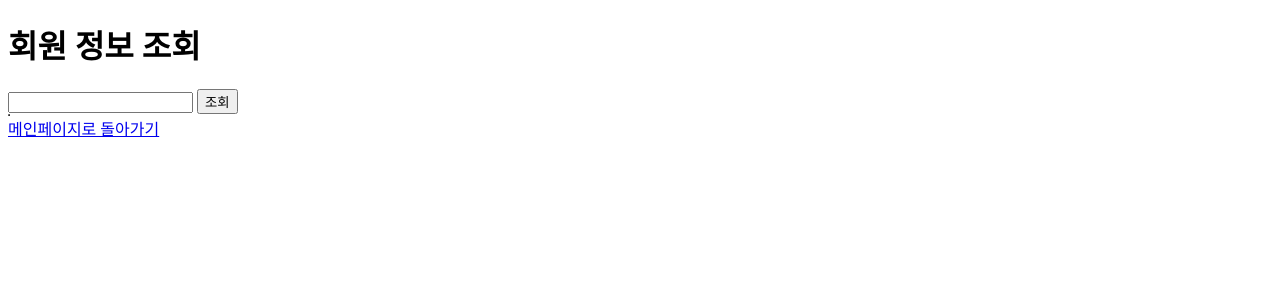
Repository: BeLimeSH/server
Page: http://localhost/Test1/
The author's editor kept a copy of each file at every save. The page is drawn from the files as they stood at one save, then again after the next save.
The browser window is 1280 px wide. The pictures show the whole page.
The page is served by Tomcat 9.

Above is the page before, as saved 2022-06-03 02:23:22.

### Test1/src/main/webapp/index.jsp
<%@ page language="java" contentType="text/html; charset=UTF-8" pageEncoding="UTF-8"%>
<%@ taglib prefix="c" uri="http://java.sun.com/jsp/jstl/core" %>
<!DOCTYPE html>
<html>
<head>
<meta charset="UTF-8">
<title>Index</title>
</head>
<body>
	<h1>회원 정보 조회</h1>

	<form action="">
		<input type="number" name="userNo" placehoder="회원 번호 입력">

		<button>조회</button>
	</form>

	<table border="1">

	</table>

	<a href="/Test1">메인페이지로 돌아가기</a>

</body>
</html>

After the next save:
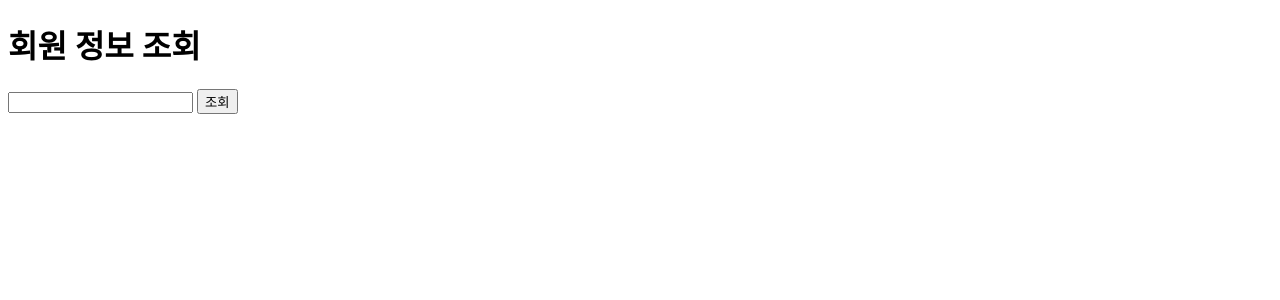
Saved 18 s later.
--- a/Test1/src/main/webapp/index.jsp
+++ b/Test1/src/main/webapp/index.jsp
@@ -15,11 +15,6 @@
 		<button>조회</button>
 	</form>
 
-	<table border="1">
-
-	</table>
-
-	<a href="/Test1">메인페이지로 돌아가기</a>
 
 </body>
 </html>
